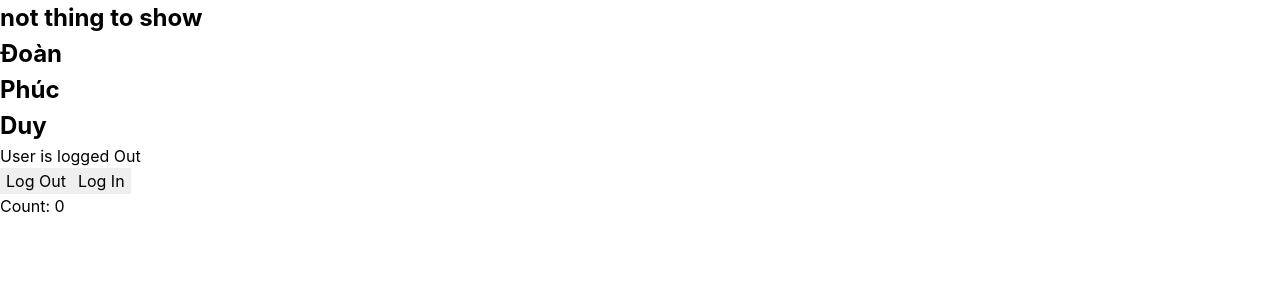
Repository: ledoanmk43/Demo_typescript
Page: /
The author's editor kept a copy of each file at every save. The page is drawn from the files as they stood at one save, then again after the next save.
The browser window is 1280 px wide. The pictures show the whole page.
The project was rebuilt for these pictures with package versions that can differ from the ones it lists, and the page was loaded fresh each time.

Above is the page before, as saved 2022-03-07 16:26:59.

### src/App.tsx
import React from "react";

import "./App.css";
import Greeting from "./components/Greeting";
import Login from "./components/state/Login";
import Counter from "./components/state/Counter";

function App() {
  // const Name = {
  //   firstName: "Đoàn",
  //   lastName: "Lê",
  // };

  const nameList = [
    {
      firstName: "Đoàn",
      lastName: "Lê",
    },
    {
      firstName: "Phúc",
      lastName: "Lê",
    },
    {
      firstName: "Duy",
      lastName: "Lê",
    },
  ];
  return (
    <div className="App">
      <Greeting nameProps={nameList} />
      <Login />
      <Counter />
    </div>
  );
}

export default App;

### src/App.css
*,
*::before,
*::after {
  box-sizing: border-box;
}
* {
  margin: 0;
}

html,
body {
  height: 100%;
}
body {
  line-height: 1.5;
  -webkit-font-smoothing: antialiased;
  -webkit-tap-highlight-color: rgba(0, 0, 0, 0);
}

img,
picture,
video,
canvas,
svg {
  display: block;
  max-width: 100%;
}
input,
button,
textarea,
select {
  font: inherit;
  outline: none;
  border: none;
}
p,
h1,
h2,
h3,
h4,
h5,
h6 {
  overflow-wrap: break-word;
}

### src/components/Greeting.tsx
import React from "react";

// type GreetingProps = {
//   nameProps: string; //we can also assign value like 'Doan' | 'Duy' | 'Phuc' - if there are more than 1 value for the props and we have to to check cases base on these value
// };

type GreetingProps = {
  nameProps: {
    firstName: string;
    lastName: string;
  }[]; //adding [] at the end if prop is an array

  emptyProps?: string;
};

const Greeting = (props: GreetingProps) => {
  const { emptyProps = "not thing to show" } = props;
  return (
    <div>
      <h2>{emptyProps}</h2>
      {props.nameProps.map((prop) => (
        <h2 key={prop.firstName}>{prop.firstName}</h2>
      ))}
    </div>
  );
};

export default Greeting;

### src/components/state/Login.tsx
import React, { useState } from "react";

type User = {
  userName: string;
  passWord: string;
};

const Login = () => {
  const [isLoggedin, setIsLoggedin] = useState(false);
  // const [user, setUser] = useState<User | null>(null);
  const [user, setUser] = useState({} as User);

  const logIn = () => {
    setIsLoggedin(true);
    setUser({
      userName: "abc",
      passWord: "123",
    });
    console.log(user);
  };
  const logOut = () => {
    setIsLoggedin(false);
    console.log(user);
  };
  return (
    <div>
      <div>User is {isLoggedin ? "logged In" : "logged Out"}</div>
      <button onClick={logOut}>Log Out</button>
      <button onClick={logIn}>Log In</button>
    </div>
  );
};

export default Login;

### src/components/state/Counter.tsx
import React, { useReducer } from "react";

const initialState = { count: 0 };

function reducer(state, action) {
  switch (action.type) {
    case "incre":
      return { count: state.count + action.payload };
    case "decre":
      return { count: state.count - action.payload };
    default:
      return state;
  }
}

const Counter = () => {
  const [state, dispatch] = useReducer(reducer, initialState);

  return <div>Count: {state.count}</div>;
};

export default Counter;

Loaded but not shown: public/index.html (common file); src/index.tsx (common file); src/index.css (common file); src/reportWebVitals.ts (common file)

After the next save:
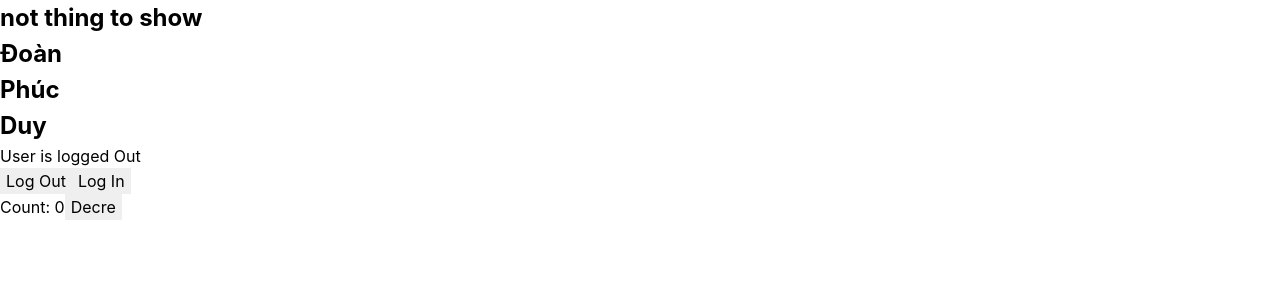
Saved 68 s later.
--- a/src/components/state/Counter.tsx
+++ b/src/components/state/Counter.tsx
@@ -16,7 +16,14 @@ function reducer(state, action) {
 const Counter = () => {
   const [state, dispatch] = useReducer(reducer, initialState);
 
-  return <div>Count: {state.count}</div>;
+  return (
+    <div>
+      Count: {state.count}
+      <button onClick={() => dispatch({ type: "decre", payload: 1 })}>
+        Decre
+      </button>
+    </div>
+  );
 };
 
 export default Counter;
